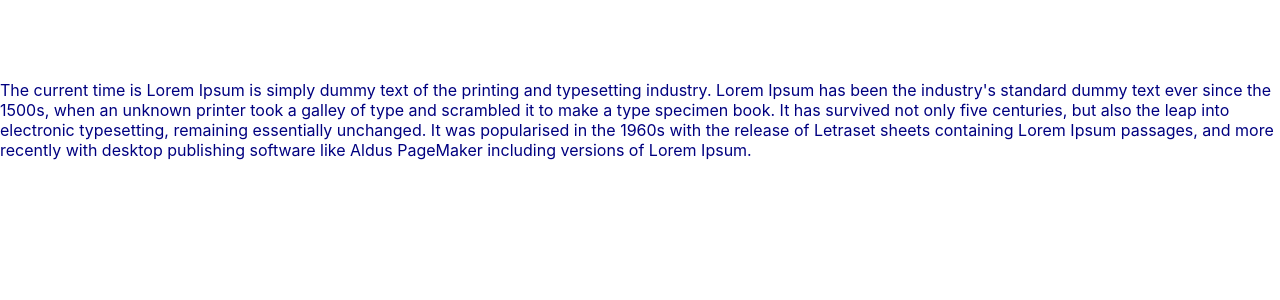
Repository: eg7eg7/Text-Play
Page: /
These files come from the project's save history. The page is drawn as it stood at one moment and after the next save; the edit follows.
The browser window is 1280 px wide. The pictures show the whole page.
The project was rebuilt for these pictures with package versions that can differ from the ones it lists, and the page was loaded fresh each time.

Above is the page before, as saved 2021-01-11 21:54:44.

After the next save:
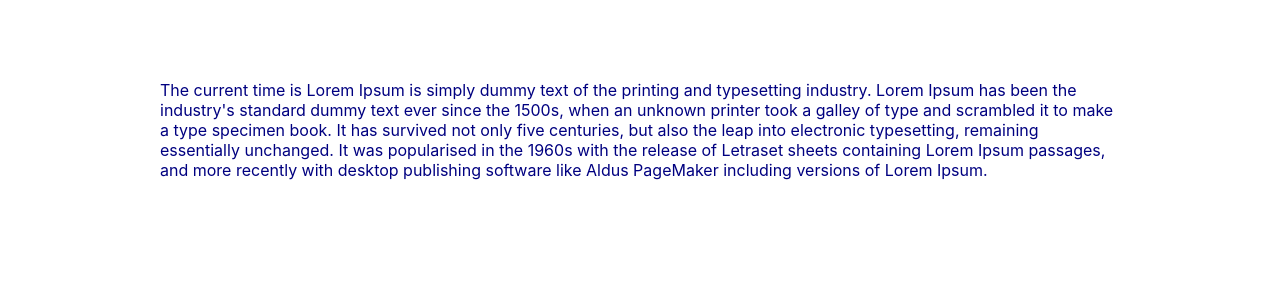
Saved 29 s later.
--- a/src/TextPlay.css
+++ b/src/TextPlay.css
@@ -4,6 +4,9 @@ p {
     /* text-indent: 30px; */
     display: block;
     margin-top: 5em;
+    margin-bottom: 5em;
+    margin-left: 10em;
+    margin-right: 10em;
 }
 
 /* TextPlay {
